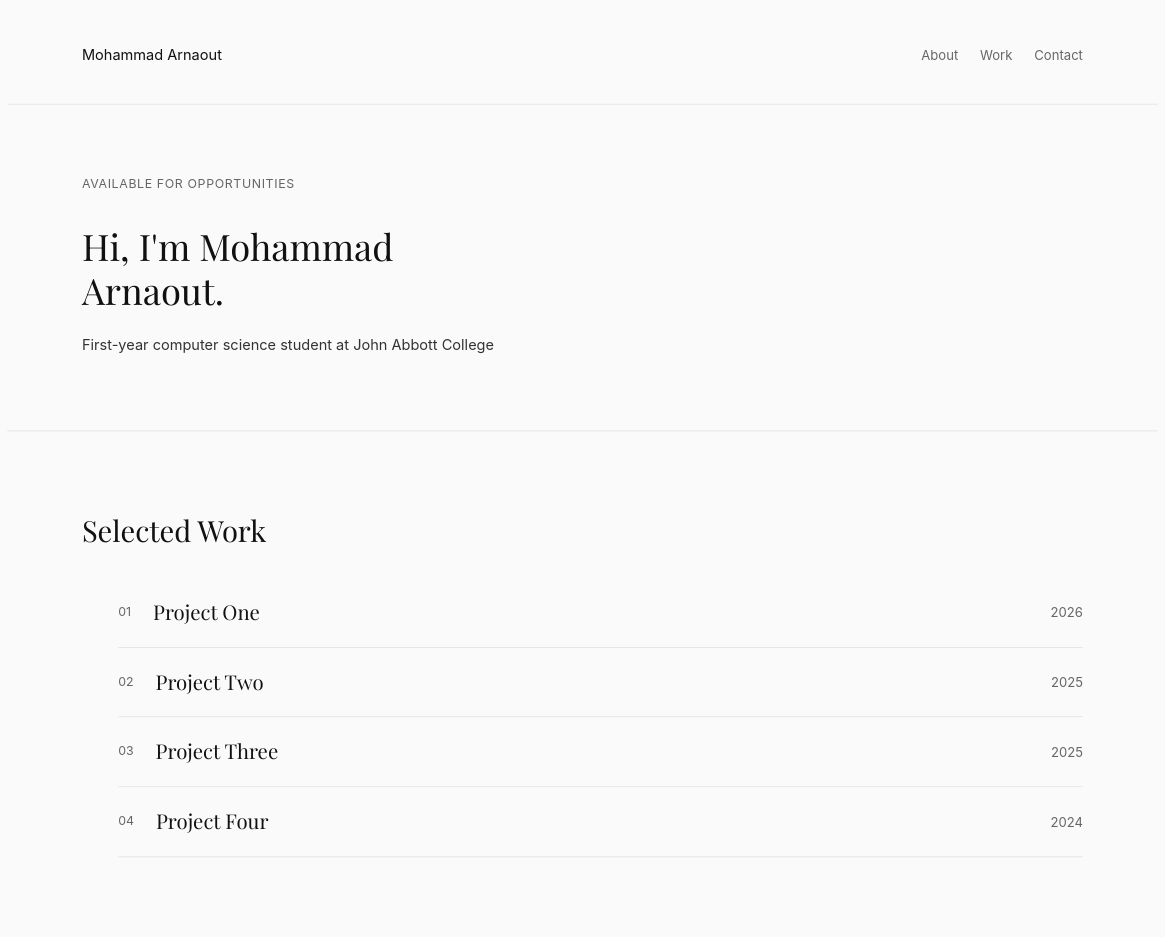
Repository: Moh-Arna/Moh-Arna
Page: index.html
These files come from the project's save history. The page is drawn as it stood at one moment and after the next save; the edit follows.
The browser window is 1280 px wide. The pictures show the whole page, at 91% of full size.
Some web fonts or font styles are not loaded; a fallback is used.

Above is the page before, as saved 2026-04-22 10:23:25.

After the next save:
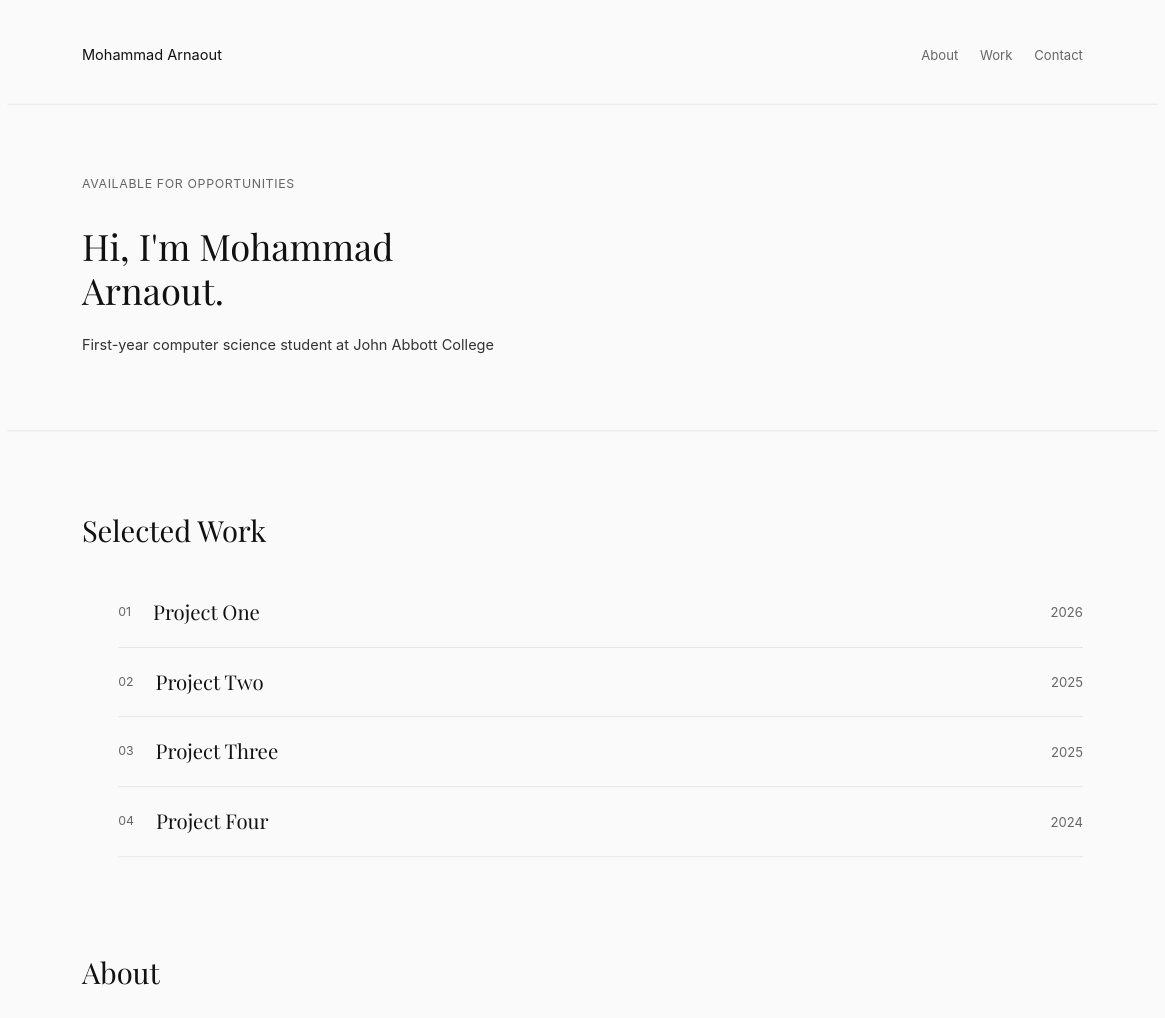
Saved 2 min 10 s later.
--- a/index.html
+++ b/index.html
@@ -99,6 +99,15 @@
 
     </section>
 
+    <section class="about">
+
+        <div class="container">
+
+            <h2 class="section-title">About</h2>
+
+        </div>
+
+    </section>
 
 
 </main>
